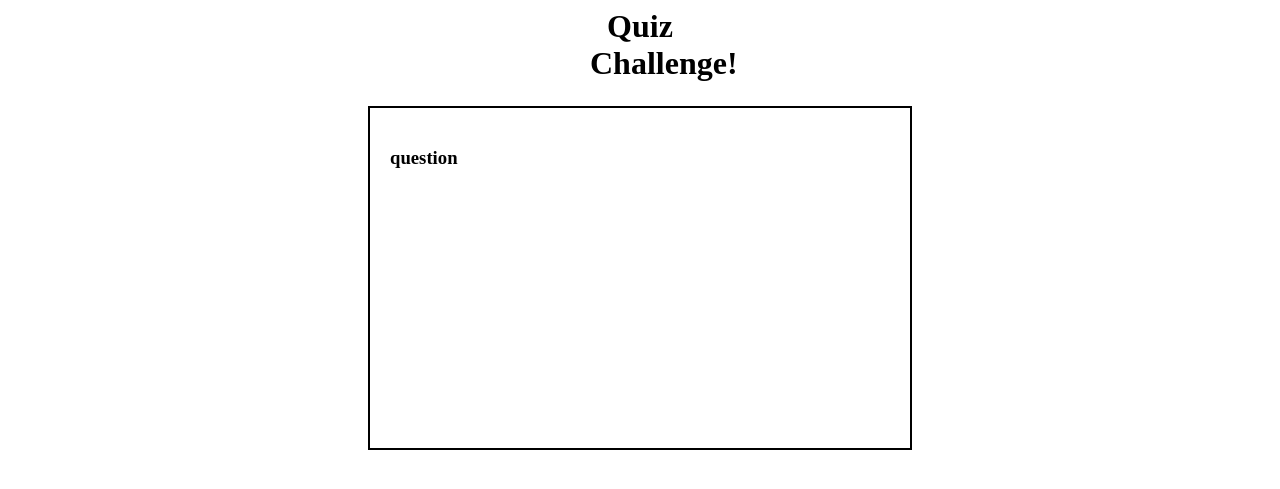
Repository: s88leigh/Quiz-Challenge
Page: index.html
The author's editor kept a copy of each file at every save. The page is drawn from the files as they stood at one save, then again after the next save.
The browser window is 1280 px wide. The pictures show the whole page.

Above is the page before, as saved 2019-10-18 17:11:05.
Console error: SyntaxError: Unexpected token '}'

After the next save:
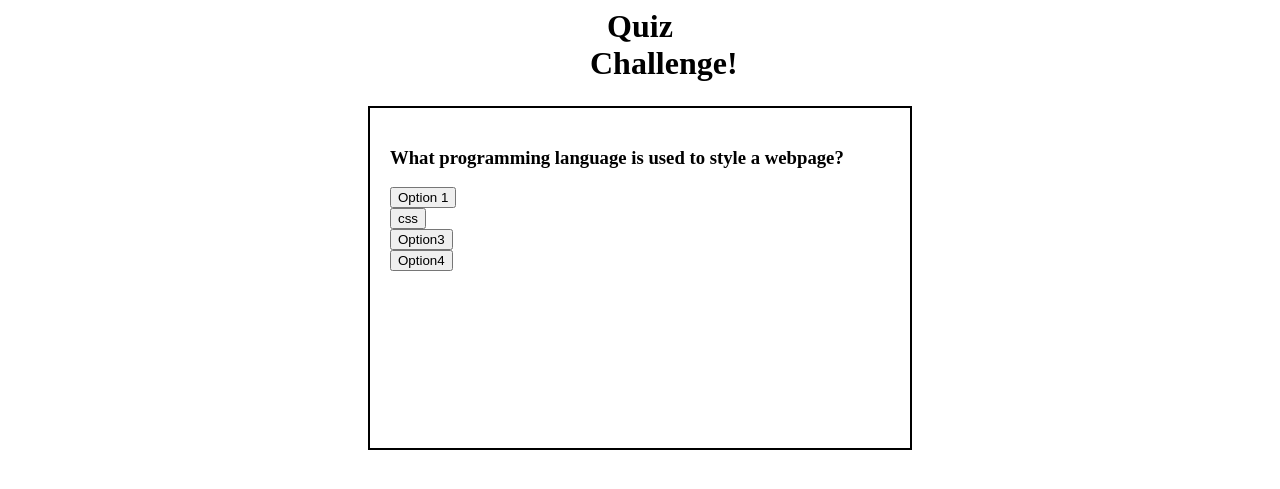
The error is gone.
Saved 23 s later.
--- a/script.js
+++ b/script.js
@@ -77,7 +77,7 @@ function clickButton() {
         alert("correct")
     } else {
         alert("incorrect")
-        for( var i=0; i < choice.length; i++)
+        for( var i=0; i < choice.length; i++);
     }
     qIndex++;
     questionText();
